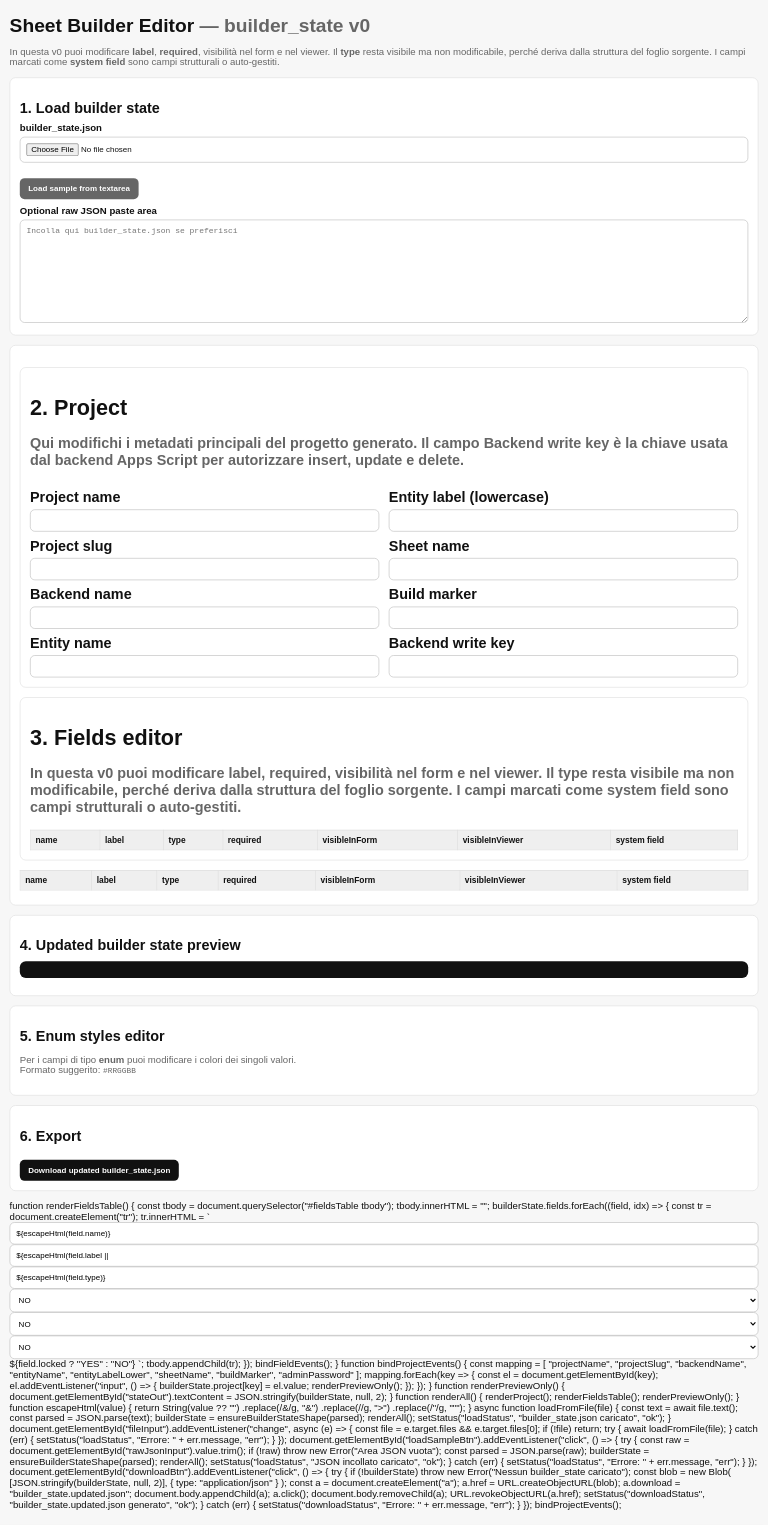
Repository: progettazionemauro/sheets.builder
Page: docs/builder.html
An editor plug-in stored every save of this project. The page is shown before and after the next save, followed by the edit.
The browser window is 1280 px wide. The pictures show the whole page, at 60% of full size.

Above is the page before, as saved 2026-04-14 04:57:56.

After the next save:
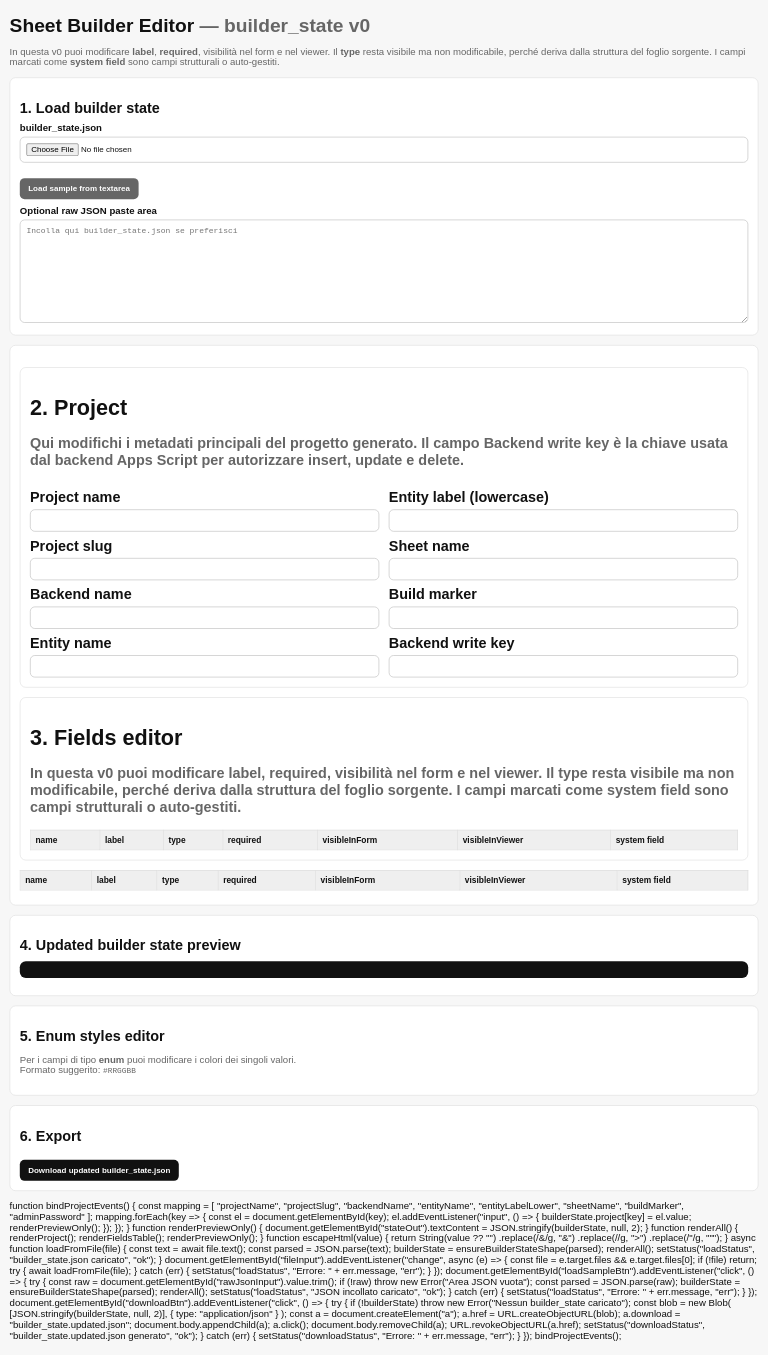
Saved 65 s later.
--- a/docs/builder.html
+++ b/docs/builder.html
@@ -695,49 +695,7 @@
   bindProjectEvents();
 </script>
 
-  function renderFieldsTable() {
-    const tbody = document.querySelector("#fieldsTable tbody");
-    tbody.innerHTML = "";
-
-    builderState.fields.forEach((field, idx) => {
-      const tr = document.createElement("tr");
-
-      tr.innerHTML = `
-        <td class="${field.locked ? "readonly-cell" : ""}">
-          <input data-key="name" data-index="${idx}" value="${escapeHtml(field.name)}" ${field.locked ? "readonly" : ""} />
-        </td>
-        <td>
-          <input data-key="label" data-index="${idx}" value="${escapeHtml(field.label || "")}" />
-        </td>
-        <td class="readonly-cell">
-          <input data-key="type" data-index="${idx}" value="${escapeHtml(field.type)}" readonly />
-        </td>
-        <td>
-          <select data-key="required" data-index="${idx}" ${field.computed ? "disabled" : ""}>
-            <option value="false" ${field.required ? "" : "selected"}>NO</option>
-            <option value="true" ${field.required ? "selected" : ""}>YES</option>
-          </select>
-        </td>
-        <td>
-          <select data-key="visibleInForm" data-index="${idx}" ${field.computed ? "disabled" : ""}>
-            <option value="false" ${field.visibleInForm ? "" : "selected"}>NO</option>
-            <option value="true" ${field.visibleInForm ? "selected" : ""}>YES</option>
-          </select>
-        </td>
-        <td>
-          <select data-key="visibleInViewer" data-index="${idx}">
-            <option value="false" ${field.visibleInViewer ? "" : "selected"}>NO</option>
-            <option value="true" ${field.visibleInViewer ? "selected" : ""}>YES</option>
-          </select>
-        </td>
-        <td class="readonly-cell">${field.locked ? "YES" : "NO"}</td>
-      `;
-
-      tbody.appendChild(tr);
-    });
-
-    bindFieldEvents();
-  }
+
 
 
 
